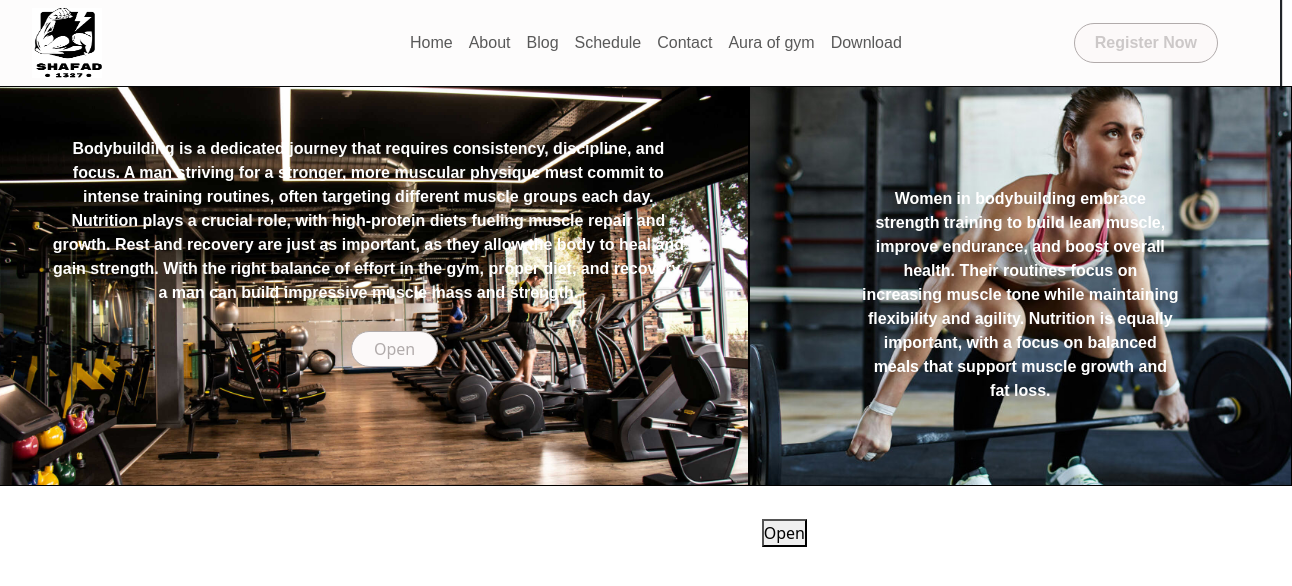
Repository: Daud-shafad/gymwebsite
Page: bootstrap-5.3.3-dist/bootstrap-5.3.3-dist/gym.html
The author's editor kept a copy of each file at every save. The page is drawn from the files as they stood at one save, then again after the next save.
The browser window is 1280 px wide. The page is 1292 px wide, so the pictures cover 1292 px, including what lies to the right of the window. The pictures show the whole page.
The pointer rests on the first visible `.row .col-7 .btn-open-1`.

Above is the page before, as saved 2024-12-28 13:53:33.

After the next save:
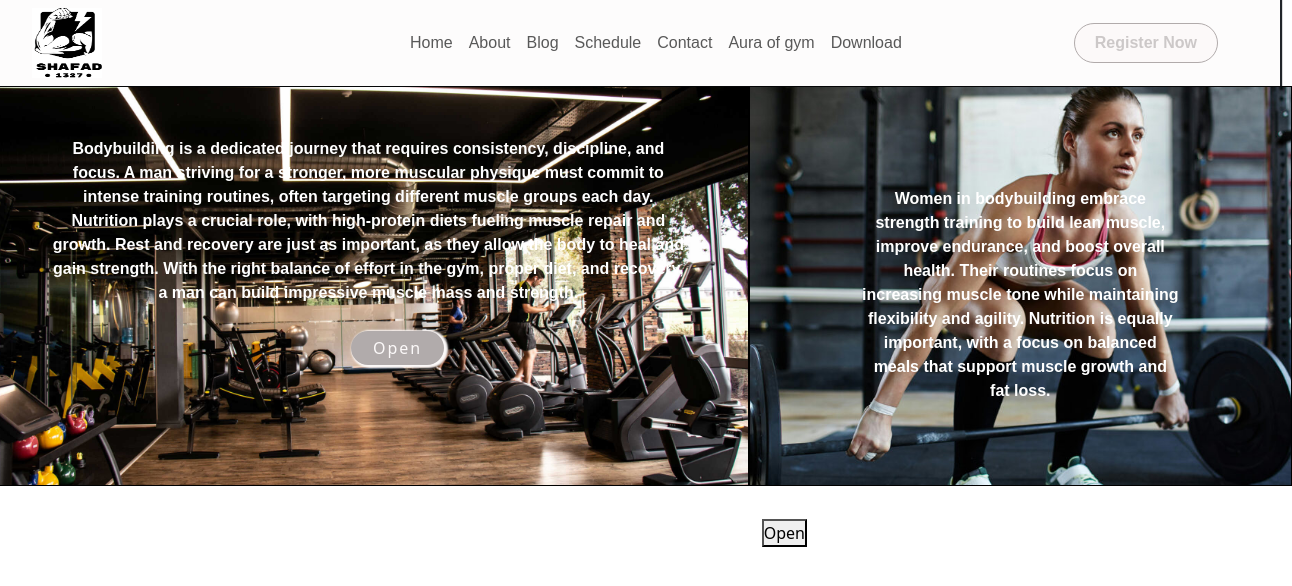
Saved 87 s later.
--- a/bootstrap-5.3.3-dist/bootstrap-5.3.3-dist/gym.css
+++ b/bootstrap-5.3.3-dist/bootstrap-5.3.3-dist/gym.css
@@ -64,6 +64,14 @@
    vertical-align: top;
 }
 
+.row .col-7 .btn-open-1:hover{
+    background-color: rgb(177, 171, 171);
+    color: rgb(252, 249, 249);
+    border: rgb(252, 249, 249);
+    letter-spacing: 2px;
+    box-shadow: 2px 1px 2px 2px;
+}
+
 .row .col-5{
     background: url(Photowomen2.jpg);
     background-position: center;
